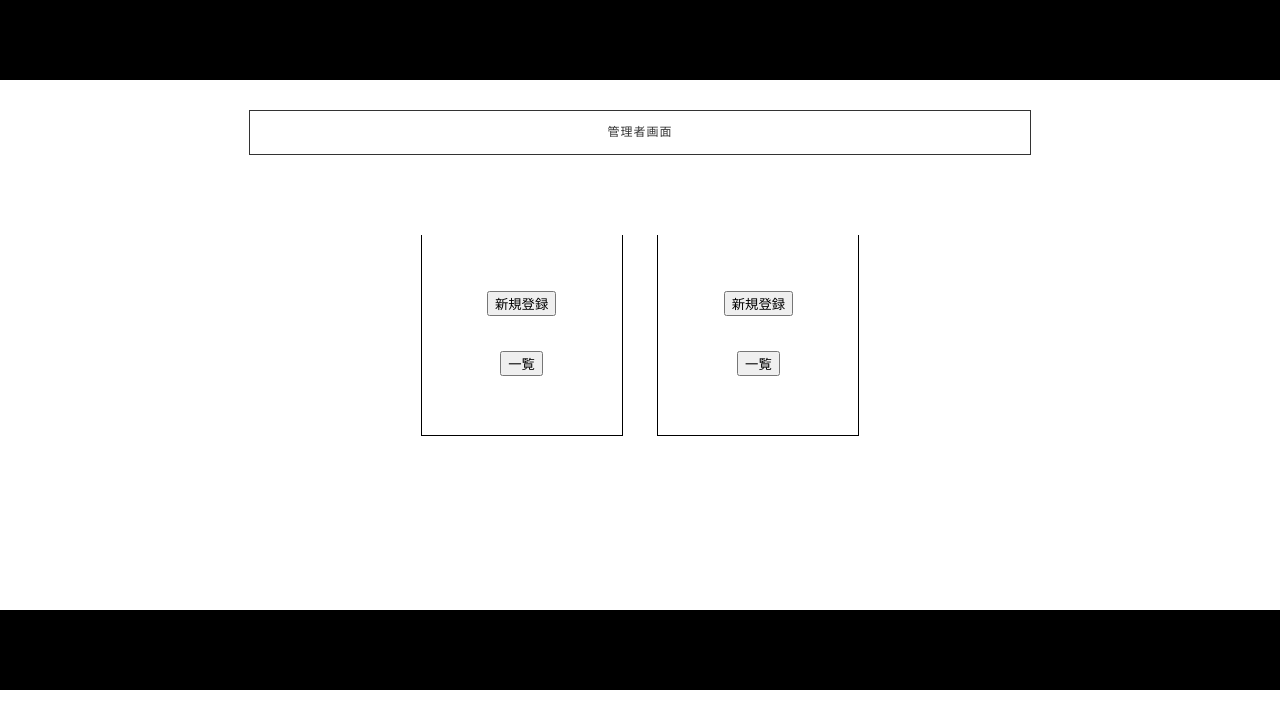
Repository: hiraide8/test
Page: http://localhost/ecsite/admin.jsp
These files come from the project's save history. The page is drawn as it stood at one moment and after the next save; the edit follows.
The browser window is 1280 px wide. The pictures show the whole page.
The page is served by Tomcat 9.

Above is the page before, as saved 2019-01-23 11:27:06.

After the next save:
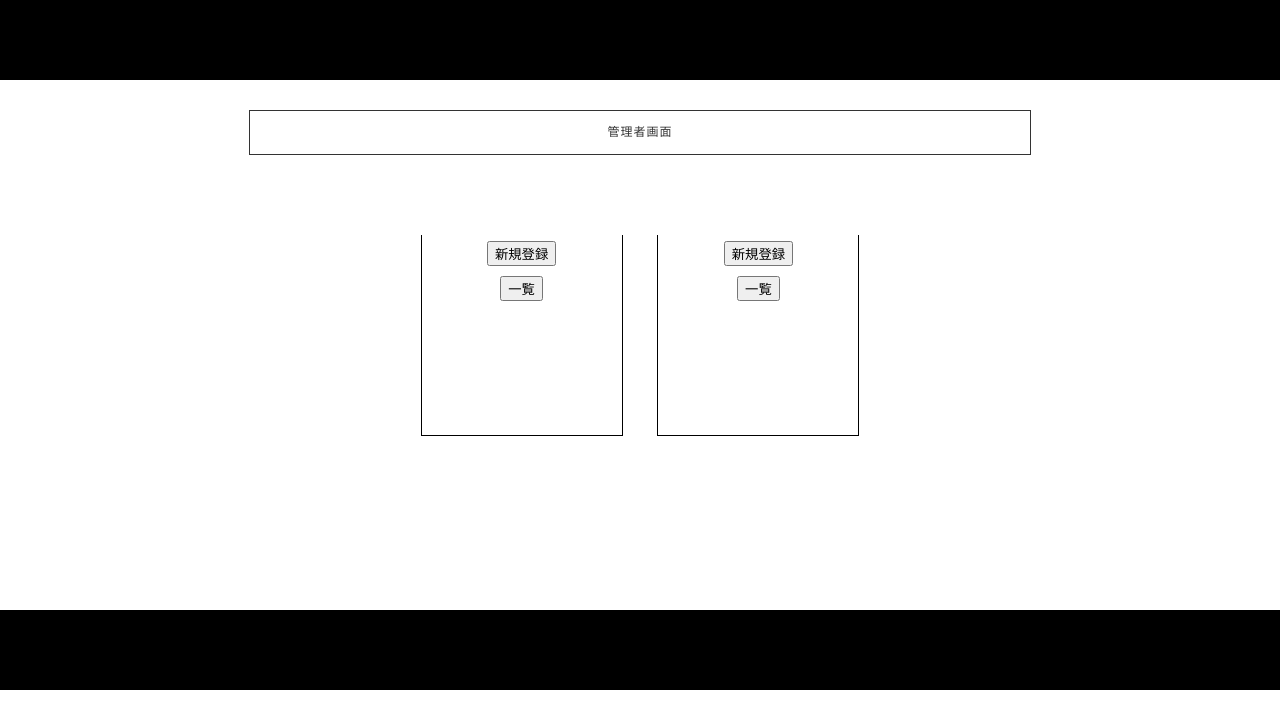
Saved 21 s later.
--- a/ecsite/WebContent/admin.jsp
+++ b/ecsite/WebContent/admin.jsp
@@ -24,7 +24,7 @@
                   background:#fff;
                 }
                 table{
-                  padding-top:25px;
+                  margin-top:25px;
                   margin:0 auto;
                 }
        /* ========ID LAYOUT======== */

After the save that followed:
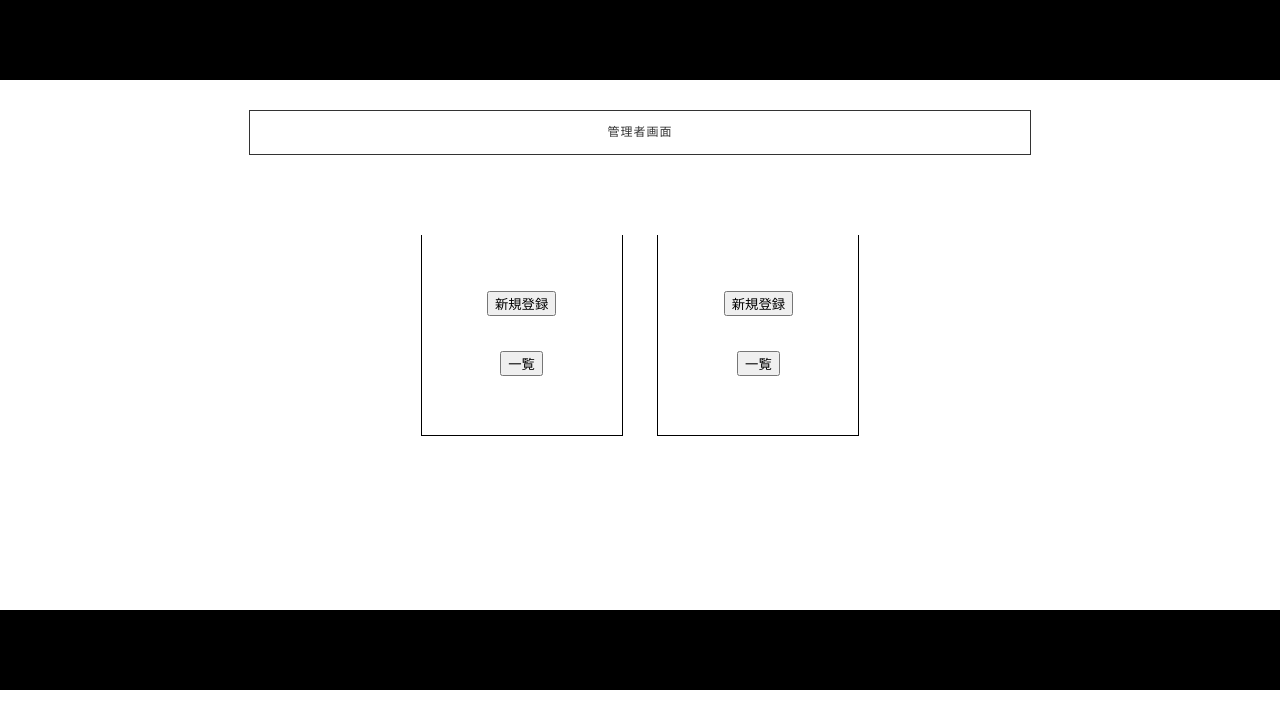
Saved 21 s later.
--- a/ecsite/WebContent/admin.jsp
+++ b/ecsite/WebContent/admin.jsp
@@ -24,7 +24,7 @@
                   background:#fff;
                 }
                 table{
-                  margin-top:25px;
+                  padding-top:25px;
                   margin:0 auto;
                 }
        /* ========ID LAYOUT======== */
